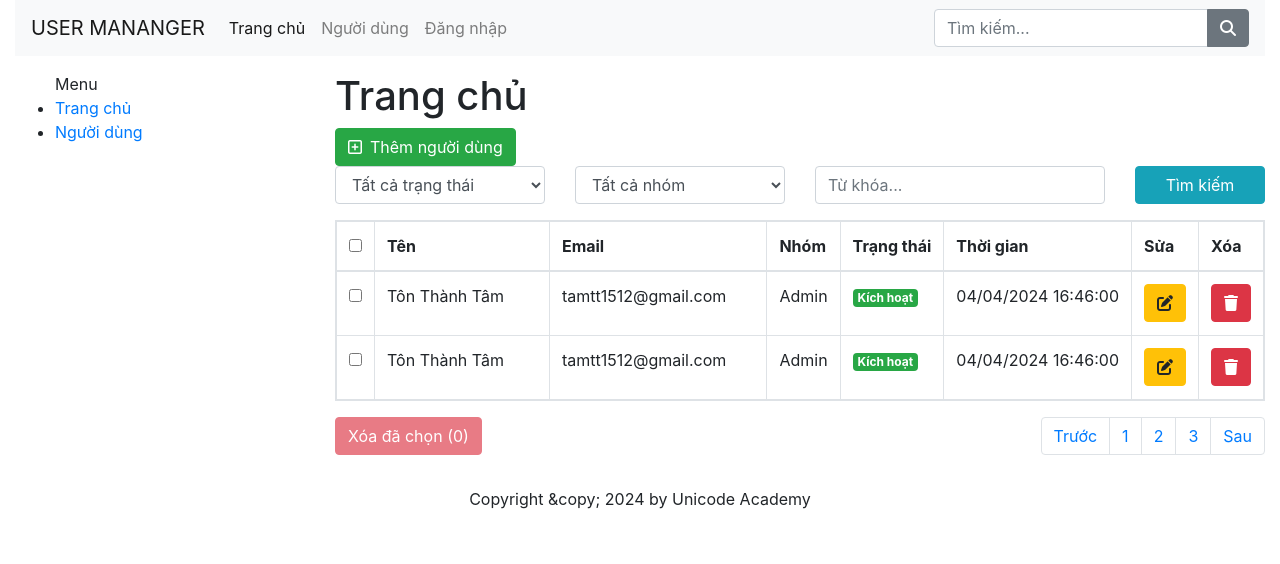
Repository: tam1512/USER_MANAGERMENT_MVC
Page: http://localhost/nguoi-dung
An editor plug-in stored every save of this project. The page is shown before and after the next save, followed by the edit.
The browser window is 1280 px wide. The pictures show the whole page.
The page is run by PHP 8.4 with error messages shown; the project is at /var/www/html/.

Above is the page before, as saved 2024-04-04 17:01:23.

After the next save:
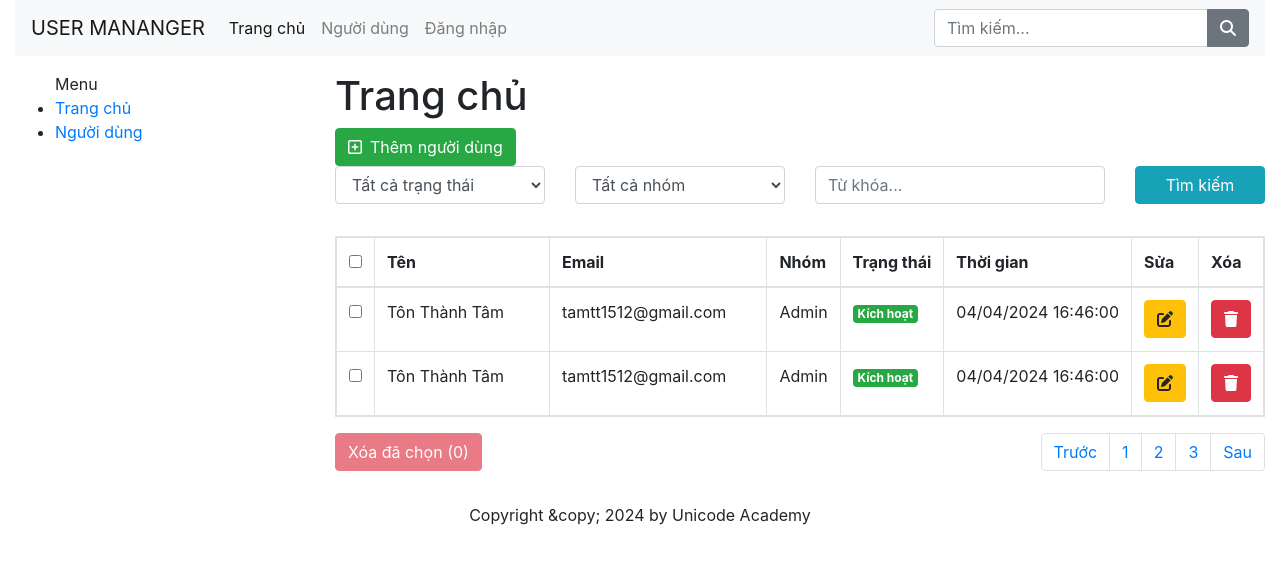
Saved 7 s later.
--- a/app/views/user/index.php
+++ b/app/views/user/index.php
@@ -4,7 +4,7 @@
       <div class="col-12">
          <a href="#" class="btn btn-success"><i class="fa-regular fa-square-plus mr-2"></i>Thêm người dùng</a>
       </div>
-      <div class="col-12">
+      <div class="col-12 mb-3">
          <form action="" method="get">
             <div class="row">
                <div class="col-3">
